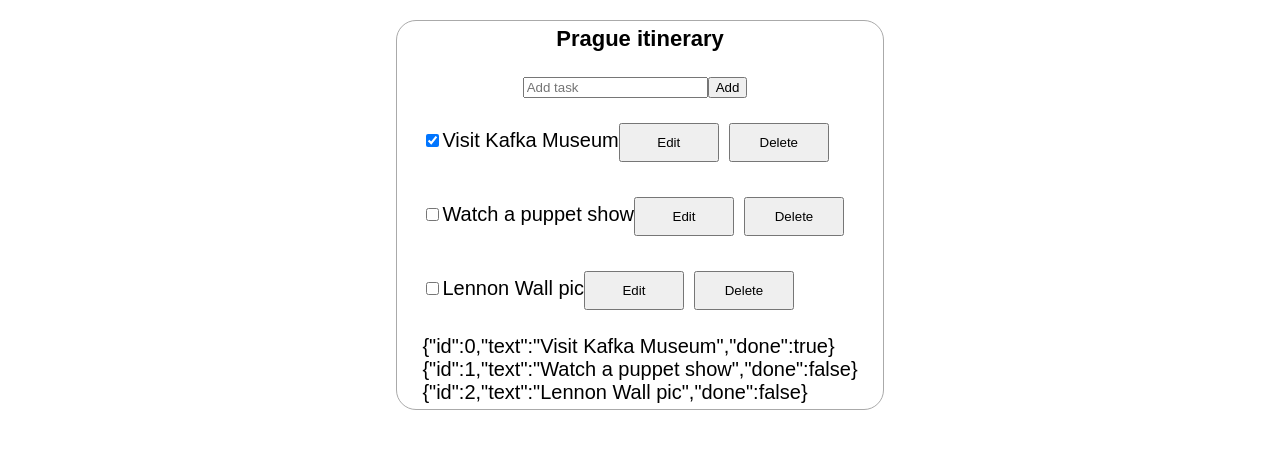
Repository: trider/my-react-app
Page: /
An editor plug-in stored every save of this project. The page is shown before and after the next save, followed by the edit.
The browser window is 1280 px wide. The pictures show the whole page.
The project was rebuilt for these pictures with package versions that can differ from the ones it lists, and the page was loaded fresh each time. Also part of the build but not shown: src/components/basic/Gallery.js, src/components/basic/Profile.js, src/components/utils.js, src/components/basic/Avatar.js, src/components/basic/GridX.js, src/components/time/Clock.js, src/components/time/Time.js, src/components/basic/ListT.js and 54 more. Imported but missing from the stored project, and not drawn on this page: src/components/stateManagement/Accoridion.

Above is the page before, as saved 2024-04-25 11:00:56.

### src/App.js
// import logo from './logo.svg';
import Gallery from './components/basic/Gallery.js';
import Profile from './components/basic/Profile.js';
import Avatar from './components/basic/Avatar.js';
import GridX from './components/basic/GridX.js';
import Time from './components/time/Time.js';
import List from './components/basic/ListT.js';
import ListP from './components/people/people.js';
import Tea from './components/basic/Tea.js';
import MyFancy from './components/fancyText/MyFancy.js';
import Interactive from './components/inveractive/interactive.js';
import State from './components/state/state.js';
import StateManagement from './components/stateManagement/StateManagement.js';

import Card from './components/basic/Card.js';

import './App.css';
import './styles.css';

const props = {
  avatar: {
    size: 100,
    person: {
      name: 'Katsuko Saruhashi',
      imageId: 'YfeOqp2'
    }
  },
  show: {
    default: {
      show:false,
      components:{
        clock: false,
        avatar: false,
        gallery: false,
        grid: false,
        profile: false,
        list: false,
        people: false,
        tea: true,
        fancy: true
      }
    },
    interactive: false,
    state: false,
    stateManagement: true



  }

}

const person = {
  name: 'Gregorio Y. Zara',
  theme: {
    backgroundColor: 'black',
    color: 'pink'
  }
};




let App = () => {
  return (
    <div>

      { props.show.default.show &&
        <div>
          {props.show.default.components.clock && <Card><Time /></Card>}
          {props.show.default.components.profile && <Card><Profile /></Card>}
          {props.show.default.components.grid && <Card><GridX /></Card>}
          {props.show.default.components.person &&
            <Card>
              <div style={person.theme}>
                <h1>{person.name}'s Todos</h1>
                <img
                  className="avatar"
                  src="https://i.imgur.com/7vQD0fPs.jpg"
                  alt="Gregorio Y. Zara"
                />
                <ul>
                  <li>Improve the videophone</li>
                  <li>Prepare aeronautics lectures</li>
                  <li>Work on the alcohol-fuelled engine</li>
                </ul>
              </div>
            </Card>
          }


            {props.show.default.components.avatar &&
              <Card>
                <div className="avatar"><Avatar {...props.avatar} /></div>
              </Card>

            }

            {props.show.default.components.list && <Card><List /></Card>}
            {props.show.default.components.gallery && <Card><Gallery /></Card>}
            {props.show.default.components.people && <Card><ListP /></Card>}
            {props.show.default.components.tea && <Card><Tea /></Card>}
            {props.show.default.components.fancy && <Card><MyFancy /></Card>}



        </div>
      }
      {props.show.interactive && <Interactive />}
      {props.show.state && <State />}
      {props.show.stateManagement && <StateManagement />}



    </div>


  );
}


export default App;

### src/components/stateManagement/StateManagement.js
import Quiz from "./Quiz";
import FeedbackForm from "./FeedBack";
import NameCheck from "./NameCheck";
import Menu from "./Snacks";
import Card from "../basic/Card";
import TravelPlan from "./places/TravelPlan";
import Accordion from "./Accoridion";
import Counter1 from "./Counters/Counters1";
import Counter2 from "./Counters/Counters2";
import Counter3 from "./Counters/Counters3";
import Counter4 from "./Counters/Counters4";
import Scoreboard from "./Counters/Counters5";
import Messenger from "./Contacts/Contacts";
import TaskApp from "./Reducers/TaskApp";

import './styles.css';
import './Counters/counters.css';
// import './places/places.css';

const props = {
 show: {
  quiz: false,
  feedBack: false,
  nameCheck: false,
  menu: false,
  travelPlan: false,
  accordion:false,
  counter1:false,
  counter2:false,
  counter3:false,
  counter4:false,
  scoreboard:false,
  messenger:false,
  taskApp:true

 }
};


const StateManagement = () => {


  return (
    <div>
     {props.show.quiz && <Quiz />}
     {props.show.feedBack && <FeedbackForm />}
     {props.show.nameCheck && <NameCheck />}
     {props.show.menu &&
      <Card>
        <Menu />
      </Card>}
      {props.show.travelPlan && <TravelPlan /> }
      {props.show.accordion &&  <Accordion />}
      {props.show.counter1 && <Counter1 />}
      {props.show.counter2 && <Counter2 />}
      {props.show.counter3 && <Counter3 />}
      {props.show.counter4 && <Counter4 />}
      {props.show.scoreboard && <Scoreboard />}
      {props.show.messenger && <Messenger />}
      {props.show.taskApp &&
        <Card>
         <TaskApp />
        </Card>}

    </div>
  );
}

export default StateManagement;

### src/components/basic/Card.js
import '../../styles.css';



const Card = ({ children }) => {
 return (
   <div className="card">
     {children}
   </div>
 );
}

export default Card;

### src/styles.css
* {
 box-sizing: border-box;
}

body {
 font-family: sans-serif;
 margin: 20px;
 padding: 0;
}

h1 {
 margin-top: 0;
 font-size: 22px;
}

h2 {
 margin-top: 0;
 font-size: 20px;
}

h3 {
 margin-top: 0;
 font-size: 18px;
}

h4 {
 margin-top: 0;
 font-size: 16px;
}

h5 {
 margin-top: 0;
 font-size: 14px;
}

h6 {
 margin-top: 0;
 font-size: 12px;
}

code {
 font-size: 1.2em;
}

ul {
 padding-inline-start: 20px;
 list-style-type: circle;
}

.card {
 width: fit-content;
 margin: 5px;
 display: block;
 margin-left: auto;
 margin-right: auto;
 padding: 5px;
 font-size: 20px;
 text-align: center;
 border: 1px solid #aaa;
 border-radius: 20px;
 background: #fff;
}
.avatar {
 margin: 20px;
 border-radius: 50%;
}

### src/components/people/people.css
* {
 box-sizing: border-box;
}

body {
 font-family: sans-serif;
 margin: 20px;
 padding: 0;
}

h1 {
 margin-top: 0;
 font-size: 22px;
}

h2 {
 margin-top: 0;
 font-size: 20px;
}

h3 {
 margin-top: 0;
 font-size: 18px;
}

h4 {
 margin-top: 0;
 font-size: 16px;
}

h5 {
 margin-top: 0;
 font-size: 14px;
}

h6 {
 margin-top: 0;
 font-size: 12px;
}

code {
 font-size: 1.2em;
}

ul {
 padding-inline-start: 20px;
}

ul { list-style-type: none; padding: 0px 10px; }
li {
 margin-bottom: 10px;
 display: grid;
 grid-template-columns: auto 1fr;
 gap: 20px;
 align-items: center;
}
img { width: 100px; height: 100px; border-radius: 50%; }

### src/components/fancyText/fancy.css
* {
 box-sizing: border-box;
}

body {
 font-family: sans-serif;
 margin: 20px;
 padding: 0;
}

h1 {
 margin-top: 0;
 font-size: 22px;
}

h2 {
 margin-top: 0;
 font-size: 20px;
}

h3 {
 margin-top: 0;
 font-size: 18px;
}

h4 {
 margin-top: 0;
 font-size: 16px;
}

h5 {
 margin-top: 0;
 font-size: 14px;
}

h6 {
 margin-top: 0;
 font-size: 12px;
}

code {
 font-size: 1.2em;
}

ul {
 padding-inline-start: 20px;
}

.fancy {
 font-family: 'Georgia';
}
.title {
 color: #007AA3;
 text-decoration: underline;
}
.cursive {
 font-style: italic;
}
.small {
 font-size: 10px;
}
.colorbox {
 height: 100px;
 width: 100px;
 margin: 8px;
}

### src/components/inveractive/interactive.css
* {
 box-sizing: border-box;
}

body {
 font-family: sans-serif;
 margin: 20px;
 padding: 0;
}

h1 {
 margin-top: 0;
 font-size: 22px;
}

h2 {
 margin-top: 5px;
 font-size: 20px;
}

h3 {
 margin-top: 0;
 font-size: 18px;
}

h4 {
 margin-top: 0;
 font-size: 16px;
}

h5 {
 margin-top: 0;
 font-size: 14px;
}

h6 {
 margin-top: 0;
 font-size: 12px;
}

code {
 font-size: 1.2em;
}

ul {
 padding-inline-start: 20px;
}

section {
 margin-bottom: 20px;
}

button {
 margin-top: 10px;
 margin-right: 10px;
 margin-bottom: 15px;
}


.Toolbar {
 background: #aaa;
 padding: 5px;
}

### src/components/state/state.css
* {
 box-sizing: border-box;
}

body {
 font-family: sans-serif;
 margin: 20px;
 padding: 0;
}

h1 {
 margin-top: 0;
 font-size: 22px;
}

h2 {
 margin-top: 0;
 font-size: 20px;
}

h3 {
 margin-top: 0;
 font-size: 18px;
}

h4 {
 margin-top: 0;
 font-size: 16px;
}

h5 {
 margin-top: 0;
 font-size: 14px;
}

h6 {
 margin-top: 0;
 font-size: 12px;
}

code {
 font-size: 1.2em;
}

ul {
 padding-inline-start: 20px;
 list-style-type: circle;
}


label, textarea { margin-bottom: 10px; display: block; }

.cardState {
 width:max-content;
 margin: 5px;
 display: block;
 /* margin-left: auto;
 margin-right: auto; */
 padding: 5px;
 font-size: 20px;
 text-align: center;
 border: 1px solid #aaa;
 border-radius: 20px;
 background: #fff;
}

### src/components/stateManagement/Reducers/TaskApp.js
import { useReducer } from 'react';
import AddTask from './AddTask.js';
import TaskList from './TaskList.js';
import tasksReducer from './tasksReducer.js';
import Card from '../../basic/Card.js';

export default function TaskApp() {
  const [tasks, dispatch] = useReducer(tasksReducer, initialTasks);

  function handleAddTask(text) {
    dispatch({
      type: 'added',
      id: nextId++,
      text: text,
    });
  }

  function handleChangeTask(task) {
    dispatch({
      type: 'changed',
      task: task,
    });
  }

  function handleDeleteTask(taskId) {
    dispatch({
      type: 'deleted',
      id: taskId,
    });
  }

  function list(tasks) {
    return <ul>
      {tasks.map((task) => (
        <li key={task.id}>
         {JSON.stringify(task)}
        </li>
      ))}
    </ul>
    ;
  }

  return (
    <>
      <h1>Prague itinerary</h1>
      <AddTask onAddTask={handleAddTask} />
      <TaskList
        tasks={tasks}
        onChangeTask={handleChangeTask}
        onDeleteTask={handleDeleteTask}
      />

      {list(tasks)}
    </>
  );
}

let nextId = 3;
const initialTasks = [
  {id: 0, text: 'Visit Kafka Museum', done: true},
  {id: 1, text: 'Watch a puppet show', done: false},
  {id: 2, text: 'Lennon Wall pic', done: false},
];

### src/components/stateManagement/styles.css
* {
 box-sizing: border-box;
}

body {
 font-family: sans-serif;
 margin: 20px;
 padding: 0;
}

h1 {
 margin-top: 0;
 font-size: 22px;
}

h2 {
 margin-top: 0;
 font-size: 20px;
}

h3 {
 margin-top: 0;
 font-size: 18px;
}

h4 {
 margin-top: 0;
 font-size: 16px;
}

h5 {
 margin-top: 0;
 font-size: 14px;
}

h6 {
 margin-top: 0;
 font-size: 12px;
}

code {
 font-size: 1.2em;
}

ul {
 padding-inline-start: 20px;
}

h3, p { margin: 5px 0px; }
.panel {
 padding: 10px;
 border: 1px solid #aaa;
}

### src/components/stateManagement/Counters/counters.css
* {
 box-sizing: border-box;
}

body {
 font-family: sans-serif;
 margin: 20px;
 padding: 0;
}

h1 {
 margin-top: 0;
 font-size: 22px;
}

h2 {
 margin-top: 0;
 font-size: 20px;
}

h3 {
 margin-top: 0;
 font-size: 18px;
}

h4 {
 margin-top: 0;
 font-size: 16px;
}

h5 {
 margin-top: 0;
 font-size: 14px;
}

h6 {
 margin-top: 0;
 font-size: 12px;
}

code {
 font-size: 1.2em;
}

ul {
 padding-inline-start: 20px;
}

label {
 display: block;
 clear: both;
}

.counter {
 width: 100px;
 text-align: center;
 border: 1px solid gray;
 border-radius: 4px;
 padding: 20px;
 margin: 0 20px 20px 0;
 float: left;
}

.hover {
 background: #ffffd8;
}

### src/components/stateManagement/places/places.css
* {
 box-sizing: border-box;
}

body {
 font-family: sans-serif;
 margin: 20px;
 padding: 0;
}

h1 {
 margin-top: 0;
 font-size: 22px;
}

h2 {
 margin-top: 0;
 font-size: 20px;
}

h3 {
 margin-top: 0;
 font-size: 18px;
}

h4 {
 margin-top: 0;
 font-size: 16px;
}

h5 {
 margin-top: 0;
 font-size: 14px;
}

h6 {
 margin-top: 0;
 font-size: 12px;
}

code {
 font-size: 1.2em;
}

ul {
 padding-inline-start: 20px;
 text-align: left;
 /* vertical-align: top; */
}

li {
 margin-bottom: 10px;
 /* vertical-align: top; */
}

### src/components/stateManagement/Contacts/contacts.css
* {
 box-sizing: border-box;
}

body {
 font-family: sans-serif;
 margin: 20px;
 padding: 0;
}

h1 {
 margin-top: 0;
 font-size: 22px;
}

h2 {
 margin-top: 0;
 font-size: 20px;
}

h3 {
 margin-top: 0;
 font-size: 18px;
}

h4 {
 margin-top: 0;
 font-size: 16px;
}

h5 {
 margin-top: 0;
 font-size: 14px;
}

h6 {
 margin-top: 0;
 font-size: 12px;
}

code {
 font-size: 1.2em;
}

ul {
 padding-inline-start: 20px;
}

.chat, .contact-list {
 float: left;
 margin-bottom: 20px;
}
ul, li {
 list-style: none;
 margin: 0;
 padding: 0;
}
li button {
 width: 100px;
 padding: 10px;
 margin-right: 10px;
}
textarea {
 height: 150px;
}

### src/components/stateManagement/Reducers/AddTask.js
import { useState } from 'react';

export default function AddTask({onAddTask}) {
  const [text, setText] = useState('');
  return (
    <>
      <input
        placeholder="Add task"
        value={text}
        onChange={(e) => setText(e.target.value)}
      />
      <button
        onClick={() => {
          setText('');
          onAddTask(text);
        }}>
        Add
      </button>
    </>
  );
}

### src/components/stateManagement/Reducers/TaskList.js
import { useState } from 'react';

export default function TaskList({tasks, onChangeTask, onDeleteTask}) {
  return (
    <ul>
      {tasks.map((task) => (
        <li key={task.id}>
          <Task task={task} onChange={onChangeTask} onDelete={onDeleteTask} />
        </li>
      ))}
    </ul>
  );
}

function Task({task, onChange, onDelete}) {
  const [isEditing, setIsEditing] = useState(false);
  let taskContent;
  if (isEditing) {
    taskContent = (
      <>
        <input
          value={task.text}
          onChange={(e) => {
            onChange({
              ...task,
              text: e.target.value,
            });
          }}
        />
        <button onClick={() => setIsEditing(false)}>Save</button>
      </>
    );
  } else {
    taskContent = (
      <>
        {task.text}
        <button onClick={() => setIsEditing(true)}>Edit</button>
      </>
    );
  }
  return (
    <label>
      <input
        type="checkbox"
        checked={task.done}
        onChange={(e) => {
          onChange({
            ...task,
            done: e.target.checked,
          });
        }}
      />
      {taskContent}
      <button onClick={() => onDelete(task.id)}>Delete</button>
    </label>
  );
}

### src/components/stateManagement/Reducers/tasksReducer.js
export default function tasksReducer(tasks, action) {
 switch (action.type) {
   case 'added': {
     return [
       ...tasks,
       {
         id: action.id,
         text: action.text,
         done: false,
       },
     ];
   }
   case 'changed': {
     return tasks.map((t) => {
       if (t.id === action.task.id) {
         return action.task;
       } else {
         return t;
       }
     });
   }
   case 'deleted': {
     return tasks.filter((t) => t.id !== action.id);
   }
   default: {
     throw Error('Unknown action: ' + action.type);
   }
 }
}

Loaded but not shown: public/index.html (common file); src/index.js (common file); src/index.css (common file); src/reportWebVitals.js (common file)

After the next save:
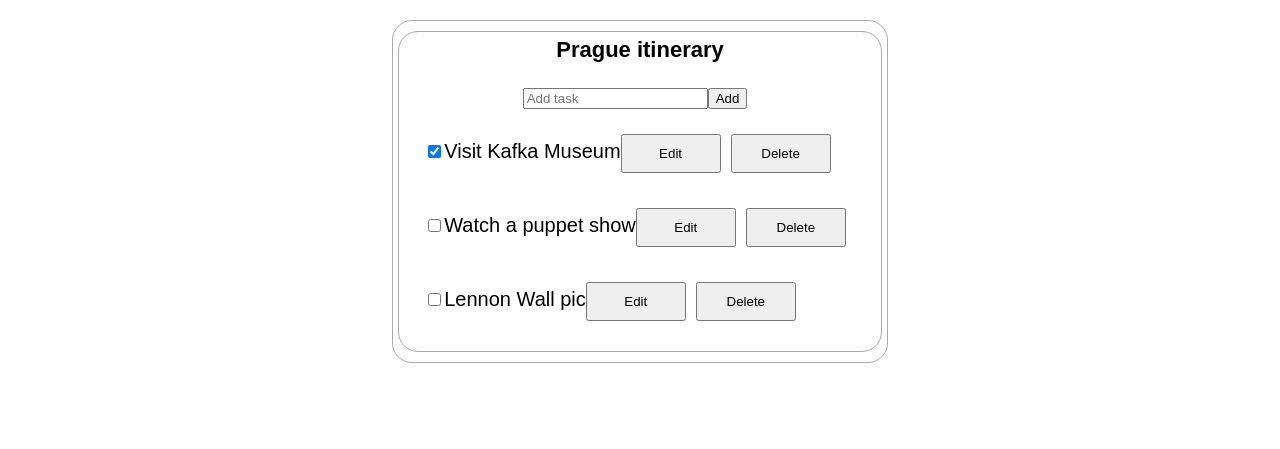
Saved 19 s later.
--- a/src/components/stateManagement/Reducers/TaskApp.js
+++ b/src/components/stateManagement/Reducers/TaskApp.js
@@ -42,6 +42,7 @@ export default function TaskApp() {
 
   return (
     <>
+      <Card>
       <h1>Prague itinerary</h1>
       <AddTask onAddTask={handleAddTask} />
       <TaskList
@@ -49,8 +50,8 @@ export default function TaskApp() {
         onChangeTask={handleChangeTask}
         onDeleteTask={handleDeleteTask}
       />
+      </Card>
 
-      {list(tasks)}
     </>
   );
 }
